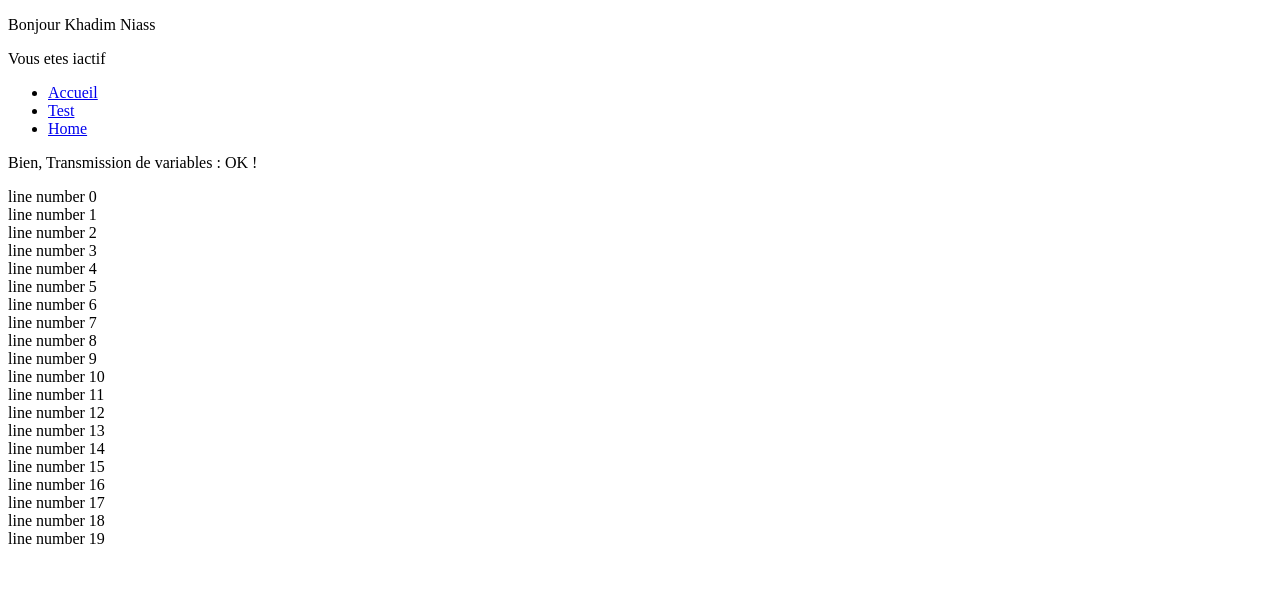
Repository: khadimniass/AppliTestJEE
Page: http://localhost/test/Test
An editor plug-in stored every save of this project. The page is shown before and after a run of saves, followed by the edit.
The browser window is 1280 px wide. The pictures show the whole page.
The page is served by Tomcat 9.

Above is the page before, as saved 2020-07-05 10:16:57.

After the next 2 saves:
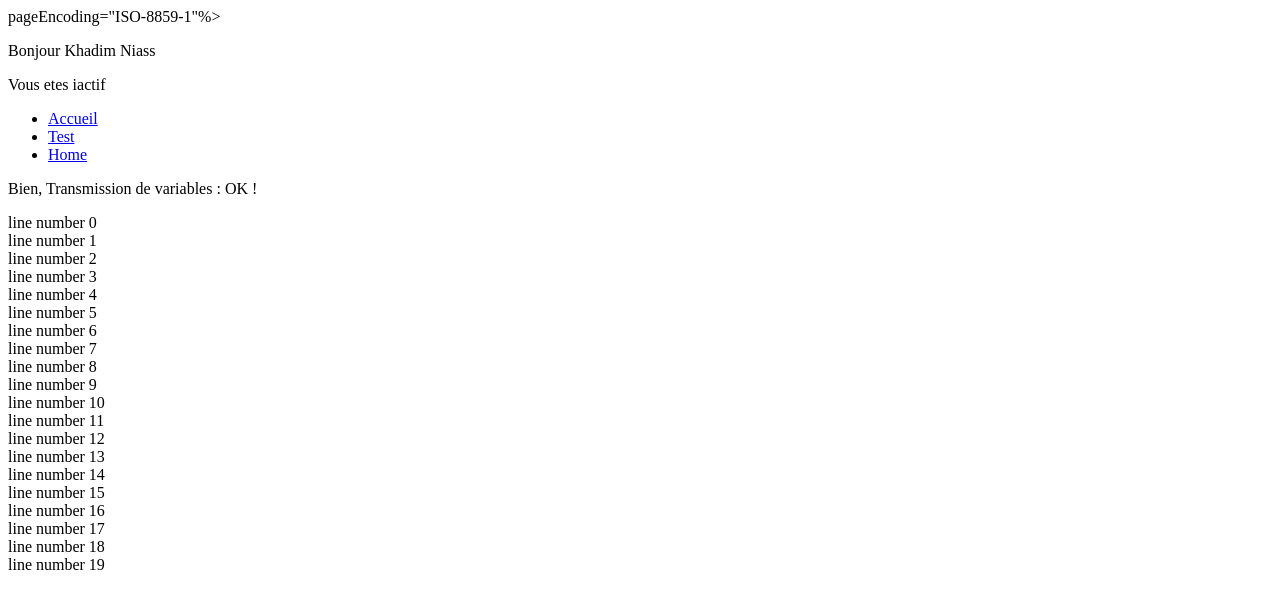
The 2 saves are shown as one change because 1 did not build or start.
The last was saved 32 min 32 s later.
--- a/test/WebContent/WEB-INF/bonjour.jsp
+++ b/test/WebContent/WEB-INF/bonjour.jsp
@@ -1,4 +1,5 @@
-<%@ page language="java" contentType="text/html; charset=ISO-8859-1"
+<%@ taglib uri="http://java.sun.com/jstl/core" prefix="c" %>
+
     pageEncoding="ISO-8859-1"%>
 <!DOCTYPE html>
 <html>
